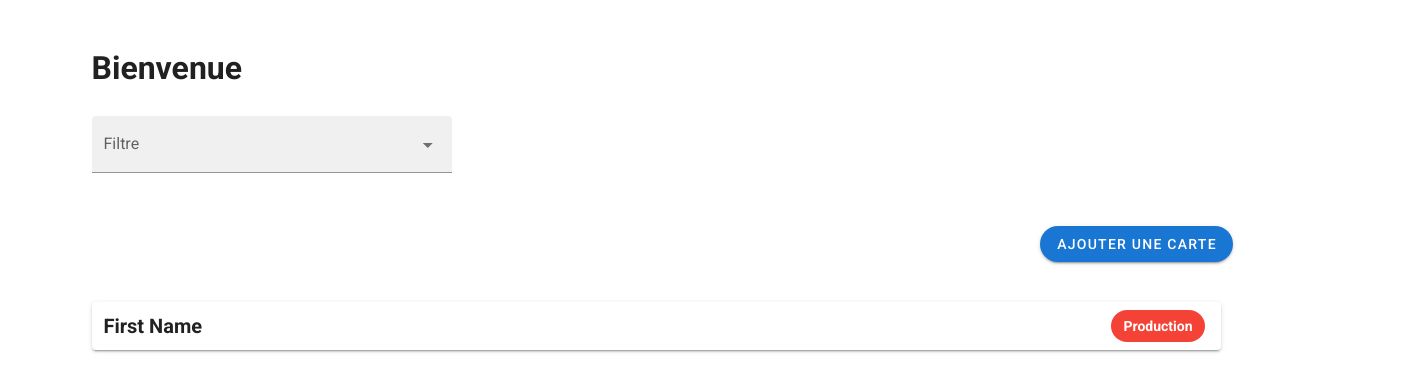
Repository: SidneyHodieb/myc
Page: /
These files come from the project's save history. The page is drawn as it stood at one moment and after the next save; the edit follows.
The browser window is 1280 px wide. The page is 1425 px wide, so the pictures cover 1425 px, including what lies to the right of the window. The pictures show the whole page.
The project was rebuilt for these pictures with package versions that can differ from the ones it lists, and the page was loaded fresh each time. Also part of the build but not shown: vue.config.js.

Above is the page before, as saved 2021-04-02 00:27:44.

After the next save:
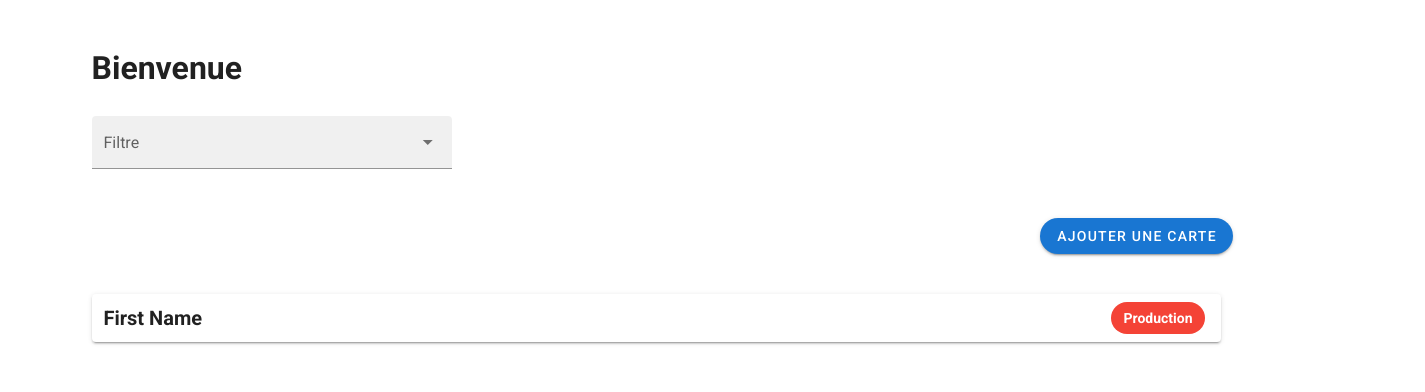
Saved 34 s later.
--- a/src/views/Home.vue
+++ b/src/views/Home.vue
@@ -5,7 +5,7 @@
         <h1>Bienvenue</h1>
       </v-col>
       <v-col class="d-flex" sm="4">
-        <v-select :items="items" filled label="Filtre"></v-select>
+        <v-select dense :items="items" filled label="Filtre"></v-select>
       </v-col>
      <v-col offset-md="8" sm="6">
       <div class="text-center">
